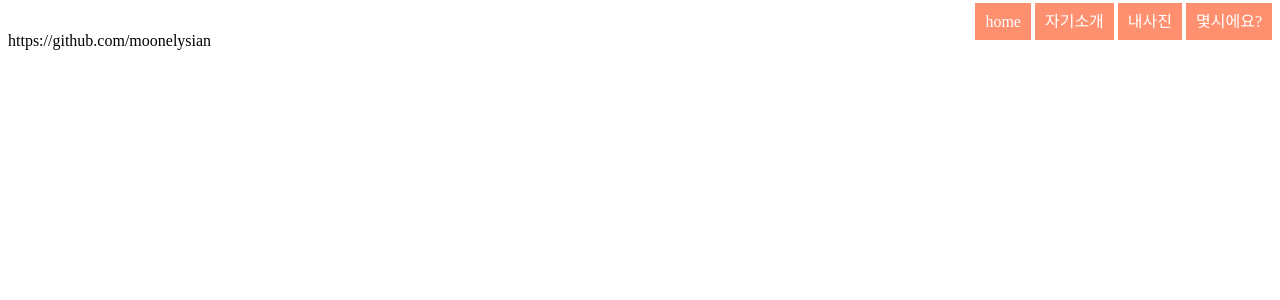
Repository: moonelysian/edwith-
Page: BE_PJT1-1/WebContent/index.html
The author's editor kept a copy of each file at every save. The page is drawn from the files as they stood at one save, then again after the next save.
The browser window is 1280 px wide. The pictures show the whole page.

Above is the page before, as saved 2019-08-07 05:07:53.

After the next save:
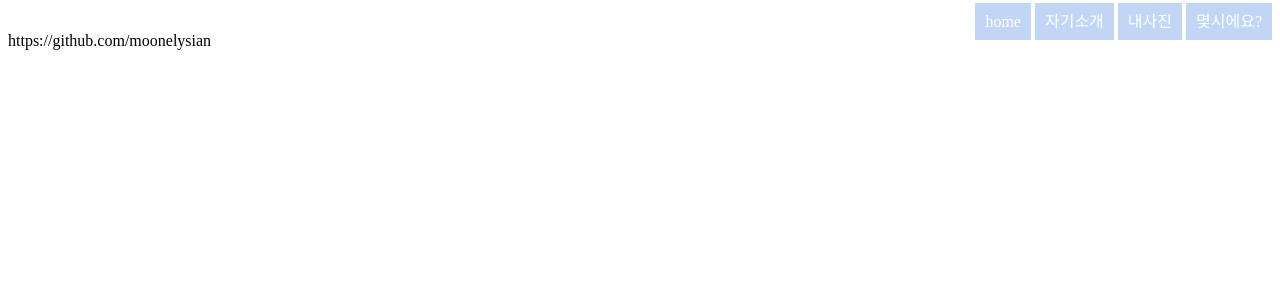
Saved 99 s later.
--- a/BE_PJT1-1/WebContent/style.css
+++ b/BE_PJT1-1/WebContent/style.css
@@ -1,11 +1,13 @@
 @charset "UTF-8";
+body{ text-align: middle;}
+
 nav { text-align: right; }
+
 a {
-	background-color:  hsla(14, 100%, 53%, 0.6);
+	background-color: rgba(50, 115, 220, 0.3);
 	color: white;
 	padding: 10px;
 	text-decoration: none;
 }
-a:hover{
-	color:black;
-}
+
+a:hover{ color:black; }
